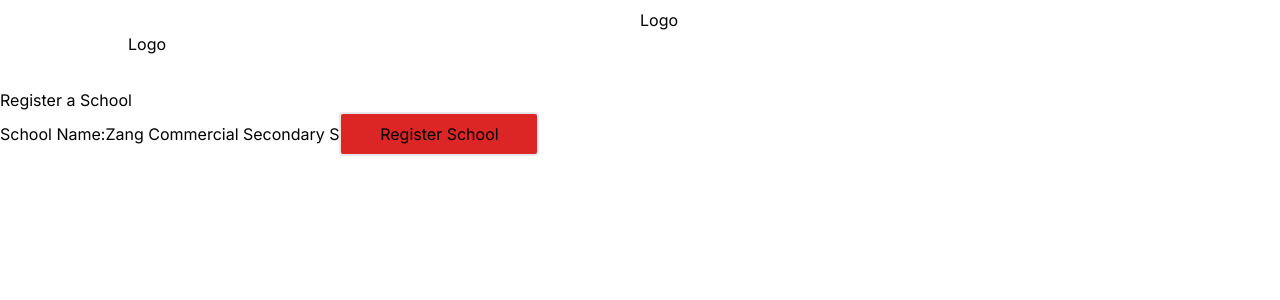
Repository: marcusdashe/fullstack-ts
Page: /school
An editor plug-in stored every save of this project. The page is shown before and after the next save, followed by the edit.
The browser window is 1280 px wide. The pictures show the whole page.
The page's requests for data from a server got no answer. The project was rebuilt for these pictures with package versions that can differ from the ones it lists, and the page was loaded fresh each time. The framework's server and built-in components were replaced by stand-ins that run in the browser. No one was signed in, and anything a server would have sent is missing. Also part of the build but not shown: next.config.js.

Above is the page before, as saved 2023-07-28 09:38:20.

After the next save:
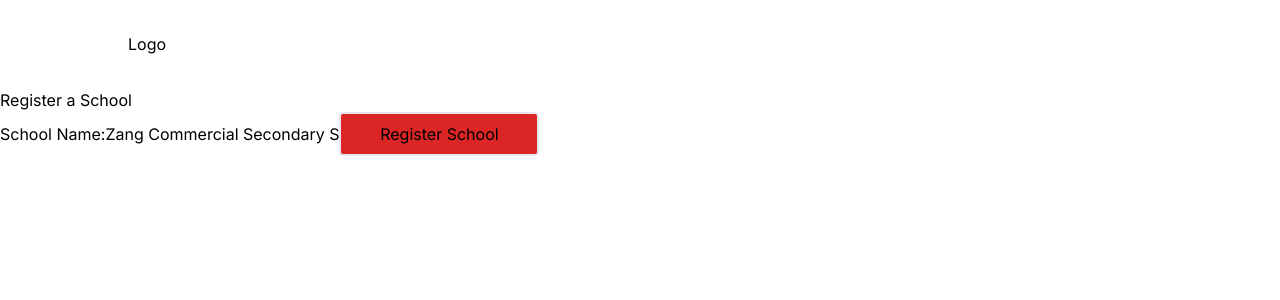
Saved 19 s later.
--- a/app/components/NavBar.tsx
+++ b/app/components/NavBar.tsx
@@ -63,7 +63,7 @@ const Navbar: React.FC = () => {
         </a>
       </nav>
       <div className="absolute left-[50%] top-2 translate-x-[-50]">
-        {/* <Logo /> */} Logo
+        {/* <Logo /> */}
       </div>
     </header>
   );
